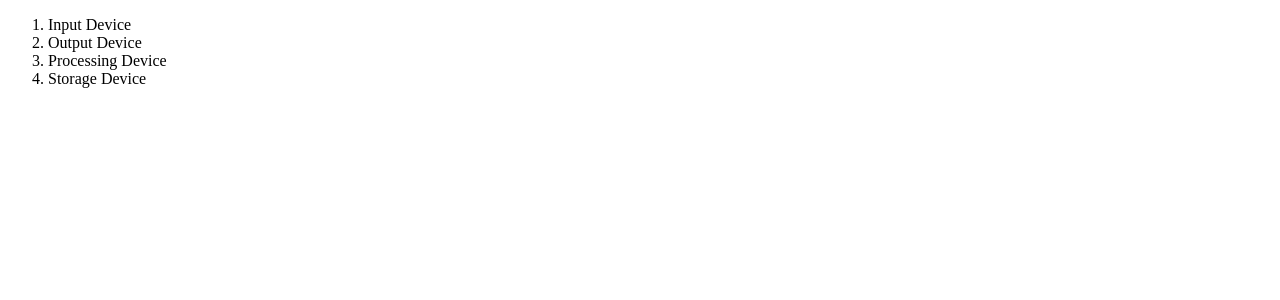
Repository: Rohit-sharma9838/myself
Page: Qspider/list.html
These files come from the project's save history. The page is drawn as it stood at one moment and after the next save; the edit follows.
The browser window is 1280 px wide. The pictures show the whole page.

Above is the page before, as saved 2025-08-16 19:46:33.

### Qspider/list.html
<!DOCTYPE html>
<html lang="en">
<head>
    <meta charset="UTF-8">
    <meta name="viewport" content="width=device-width, initial-scale=1.0">
    <title>Document</title>
</head>
<body>
   <ol>
    <li>Input Device</li>
    <li>Output Device</li>
    <li>Processing Device</li>
    <li>Storage Device</li>
   </ol>
</body>
</html>

After the next save:
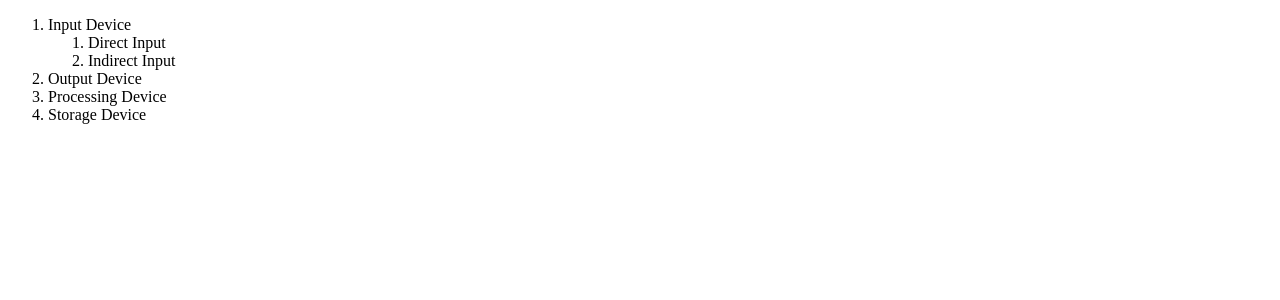
Saved 2 min 4 s later.
--- a/Qspider/list.html
+++ b/Qspider/list.html
@@ -8,6 +8,10 @@
 <body>
    <ol>
     <li>Input Device</li>
+    <ol>
+        <li>Direct Input</li>
+        <li>Indirect Input</li>
+    </ol>
     <li>Output Device</li>
     <li>Processing Device</li>
     <li>Storage Device</li>
